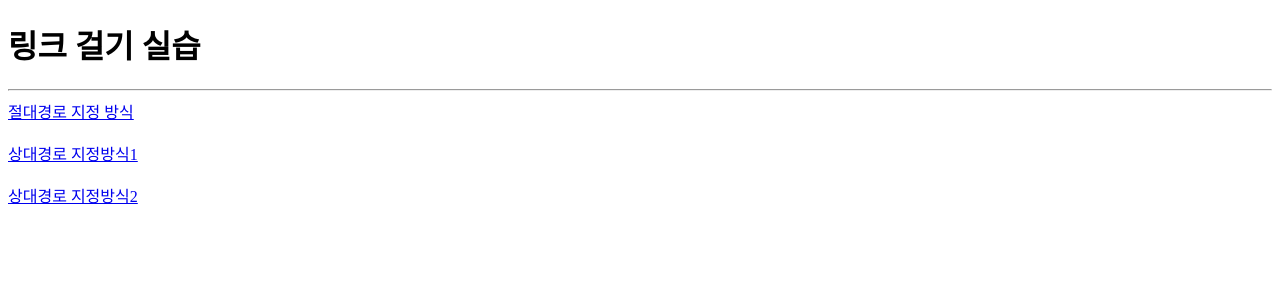
Repository: jp0301/WebStudy
Page: WebApp01/WebContent/Test010_1.html
An editor plug-in stored every save of this project. The page is shown before and after the next save, followed by the edit.
The browser window is 1280 px wide. The pictures show the whole page.

Above is the page before, as saved 2022-09-27 01:46:28.

### WebApp01/WebContent/Test010_1.html
<!DOCTYPE html>
<html>
<head>
<meta charset="UTF-8">
<title>Test010_1.html</title>
</head>
<body>

<div>
	<h1>링크 걸기 실습</h1>
	<hr>
</div>

<div>
	<a href="C:\WebStudy\.metadata\.plugins\org.eclipse.wst.server.core\tmp0\wtpwebapps\WebApp01\Test010.html">절대경로 지정 방식</a>
	<br><br>

	<a href="Test010.html">상대경로 지정방식1</a><br><br>

	<a href="/Test010.html">상대경로 지정방식2</a><br><br>



</div>


</body>
</html>

After the next save:
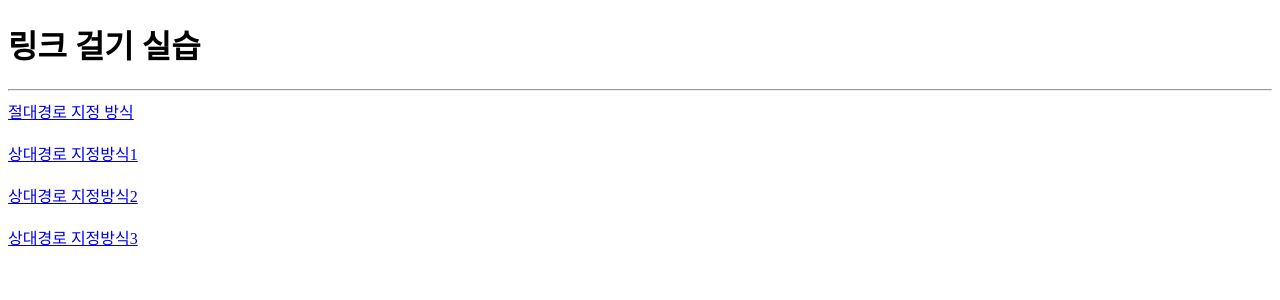
Saved 29 s later.
--- a/WebApp01/WebContent/Test010_1.html
+++ b/WebApp01/WebContent/Test010_1.html
@@ -15,11 +15,14 @@
 	<a href="C:\WebStudy\.metadata\.plugins\org.eclipse.wst.server.core\tmp0\wtpwebapps\WebApp01\Test010.html">절대경로 지정 방식</a>
 	<br><br>
 
-	<a href="Test010.html">상대경로 지정방식1</a><br><br>
+	<a href="Test010.html">상대경로 지정방식1</a>
+	<br><br>
 
-	<a href="/Test010.html">상대경로 지정방식2</a><br><br>
+	<a href="/Test010.html">상대경로 지정방식2</a>
+	<br><br>
 
-
+	<a href="./Test010.html">상대경로 지정방식3</a>
+	<br><br>
 
 </div>
 
